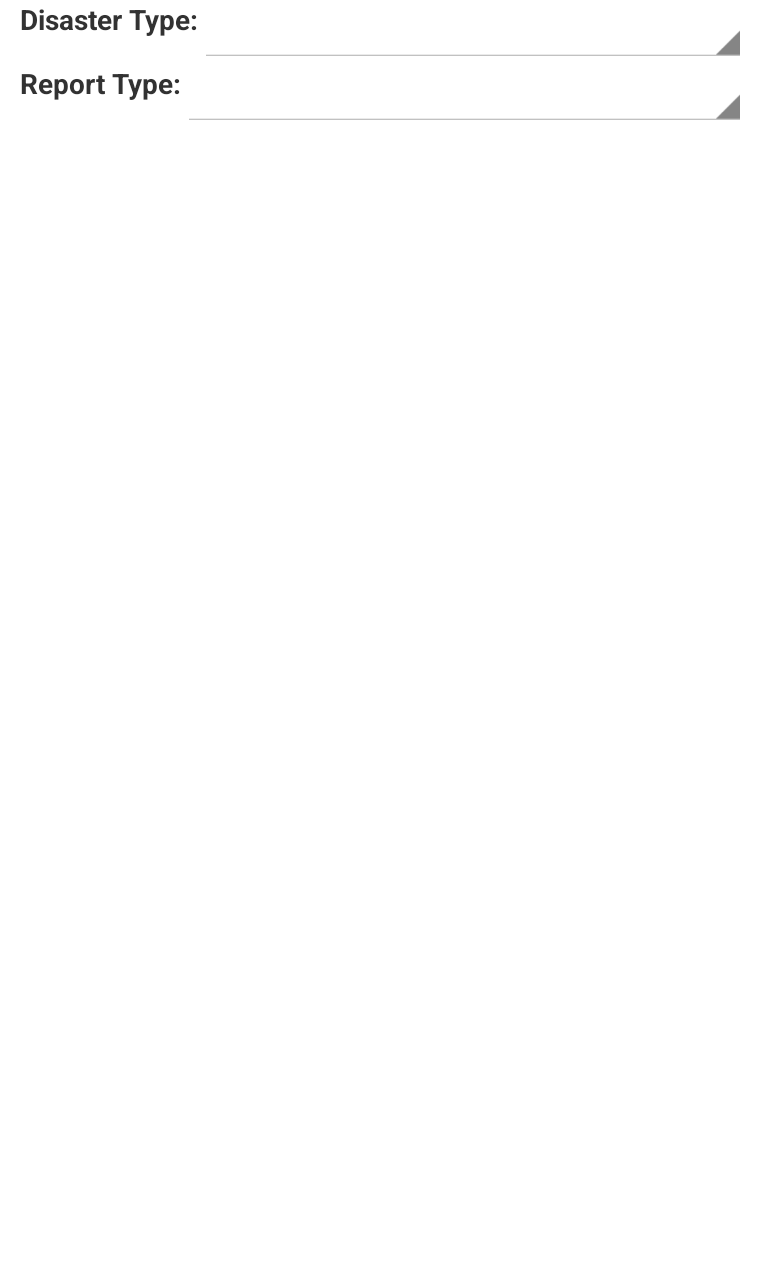
Repository: spatterson82/android_blah
Layout: DisasterManagement_Lab6/res/layout/activity_report_filter.xml
An editor plug-in stored every save of this project. The layout is shown before and after the next save, followed by the edit.
It is drawn on a 768 x 1280 px phone screen (xhdpi) without system bars, with theme AppTheme; the app's code is not run.

Above is the layout before, as saved 2017-04-12 01:09:45.

After the next save:
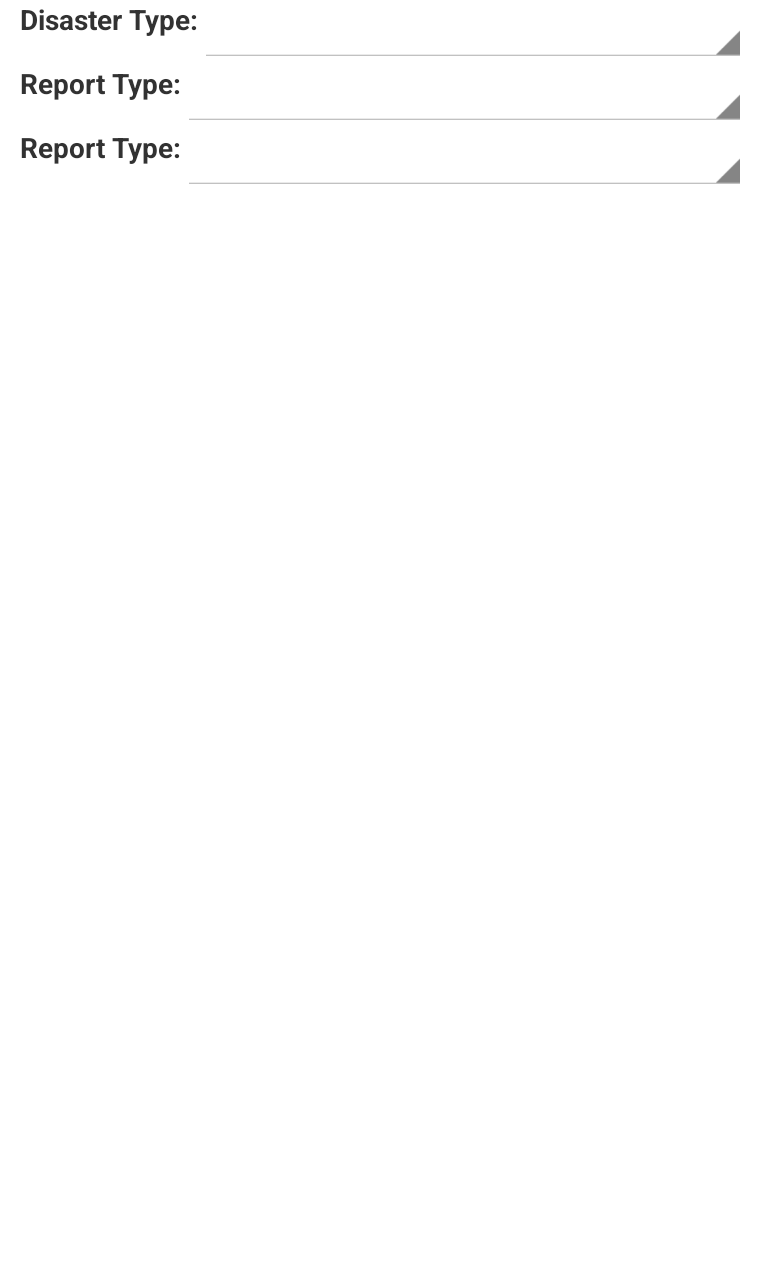
Saved 49 s later.
--- a/DisasterManagement_Lab6/res/layout/activity_report_filter.xml
+++ b/DisasterManagement_Lab6/res/layout/activity_report_filter.xml
@@ -37,4 +37,22 @@
             android:layout_width="fill_parent"
             android:layout_height="wrap_content" />
     </LinearLayout>
+
+    <LinearLayout
+        android:paddingLeft="10dp"
+        android:paddingRight="10dp"
+        android:layout_width="match_parent"
+        android:layout_height="wrap_content"
+        android:orientation="horizontal">
+        <TextView
+            android:layout_width="wrap_content"
+            android:layout_height="wrap_content"
+            android:textStyle="bold"
+            android:text="@string/report_type_query_label" />
+        <Spinner
+            android:id="@+id/report_type_spinner"
+            android:layout_width="fill_parent"
+            android:layout_height="wrap_content" />
+    </LinearLayout>
+
 </LinearLayout>

After the save that followed:
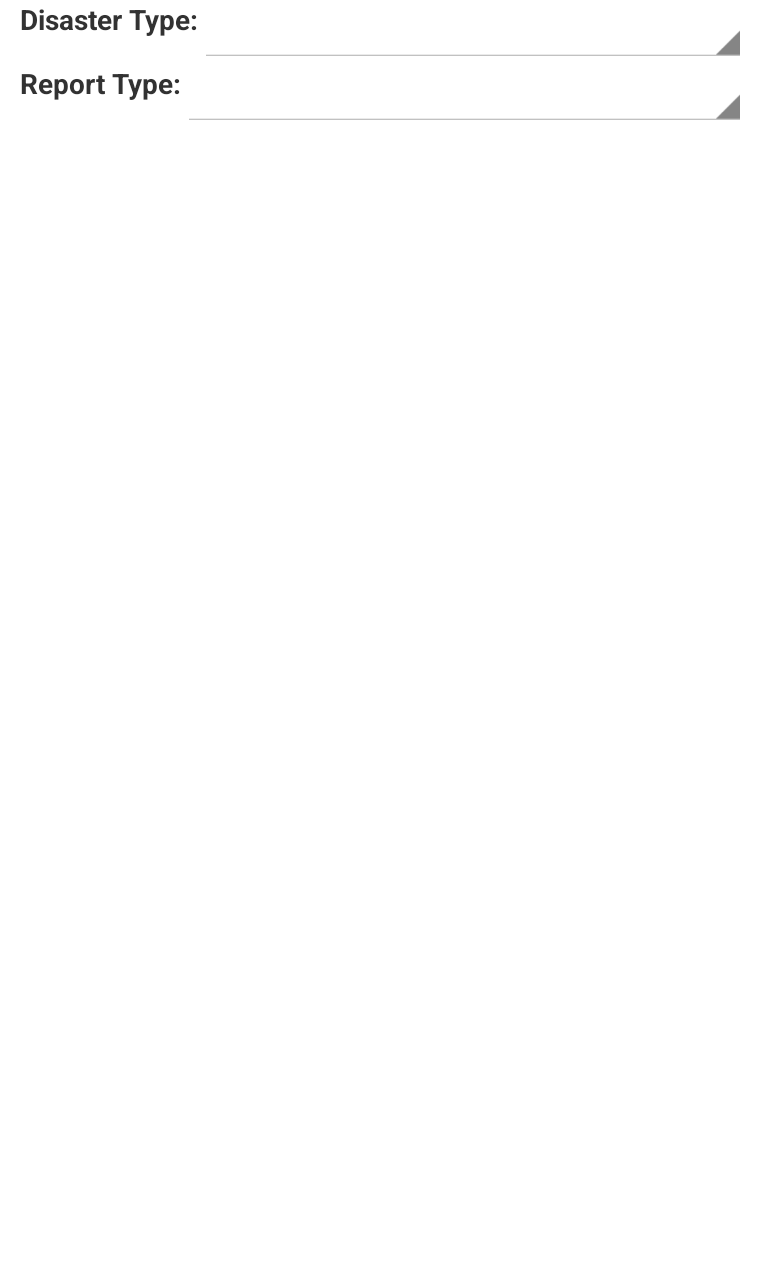
Saved 49 s later.
--- a/DisasterManagement_Lab6/res/layout/activity_report_filter.xml
+++ b/DisasterManagement_Lab6/res/layout/activity_report_filter.xml
@@ -39,18 +39,20 @@
     </LinearLayout>
 
     <LinearLayout
+        android:id="@+id/resource_or_damage_type_layout"
         android:paddingLeft="10dp"
         android:paddingRight="10dp"
         android:layout_width="match_parent"
         android:layout_height="wrap_content"
-        android:orientation="horizontal">
+        android:orientation="horizontal"
+        android:visibility="gone">
         <TextView
+            android:id="@+id/resource_or_damage_type_text_view"
             android:layout_width="wrap_content"
             android:layout_height="wrap_content"
-            android:textStyle="bold"
-            android:text="@string/report_type_query_label" />
+            android:textStyle="bold"/>
         <Spinner
-            android:id="@+id/report_type_spinner"
+            android:id="@+id/resource_or_damage_type_spinner"
             android:layout_width="fill_parent"
             android:layout_height="wrap_content" />
     </LinearLayout>
